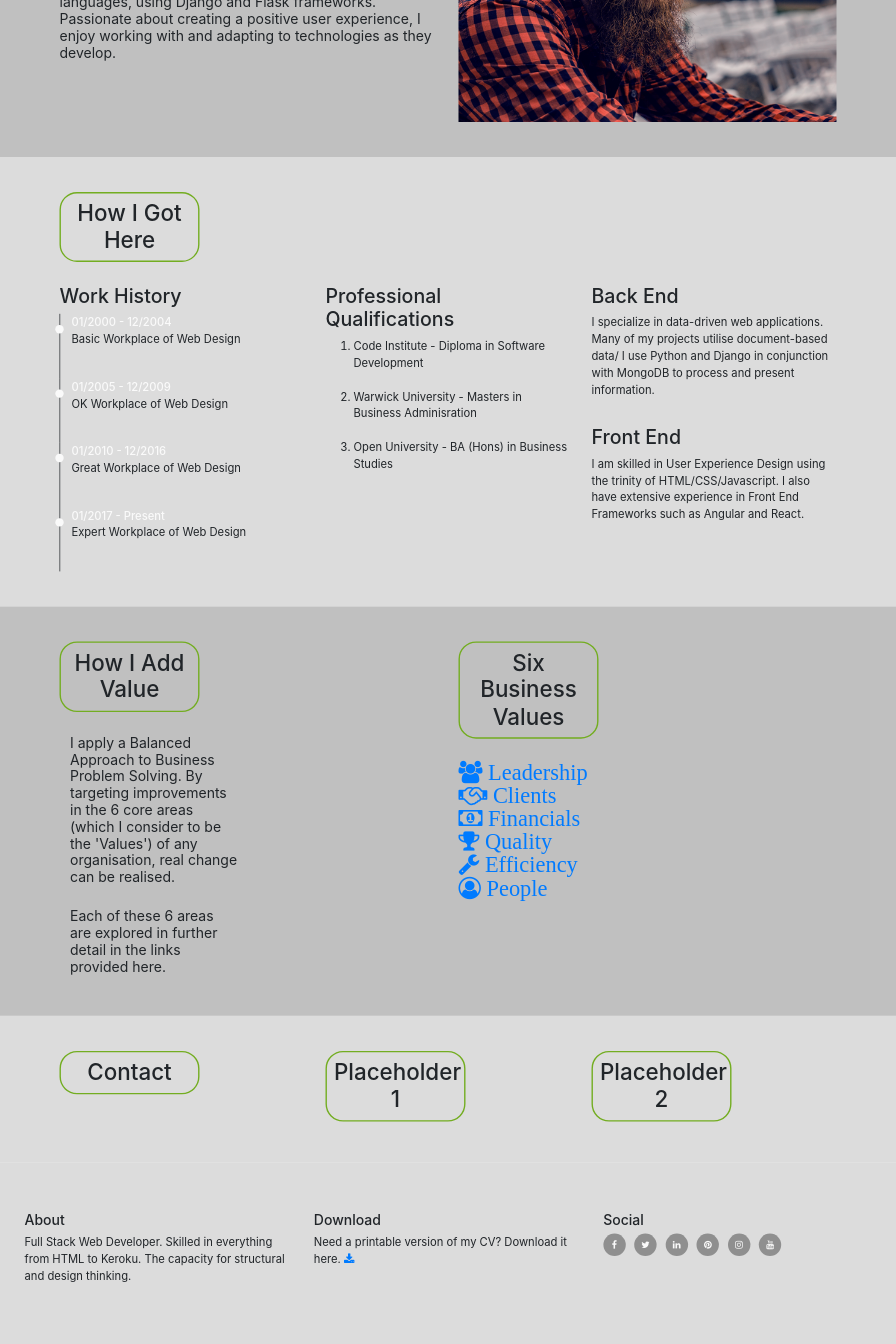
Repository: Code-Institute-Submissions/tenerim-milestone1
Page: index.html
The author's editor kept a record of every edit. The page is drawn from the files as they stood at one moment, then again after the next edit.
The browser window is 1280 px wide. The pictures show the part of the page from y = 1626 to 3546 px (the page is 3546 px tall before and 3506 px after), at 70% of full size.
A picture or video elsewhere on the page could not be fetched, so the positions and the page height are approximate.

Above is the page before.

### index.html
<!DOCTYPE html>
<html lang="en">

<head>
    <meta charset="UTF-8">
    <meta name="viewport" content="width=device-width, initial-scale=1.0">
    <meta http-equiv="X-UA-Compatible" content="ie=edge">
    <link rel="stylesheet" href="https://stackpath.bootstrapcdn.com/bootstrap/4.3.1/css/bootstrap.min.css" type="text/css" />
    <link href="https://stackpath.bootstrapcdn.com/bootstrap/4.3.1/css/bootstrap.min.css" rel="stylesheet" integrity="sha384-ggOyR0iXCbMQv3Xipma34MD+dH/1fQ784/j6cY/iJTQUOhcWr7x9JvoRxT2MZw1T" crossorigin="anonymous">
    <link rel="stylesheet" href="https://stackpath.bootstrapcdn.com/font-awesome/4.7.0/css/font-awesome.min.css" type="text/css" />
    <link href="https://stackpath.bootstrapcdn.com/font-awesome/4.7.0/css/font-awesome.min.css" rel="stylesheet" integrity="sha384-wvfXpqpZZVQGK6TAh5PVlGOfQNHSoD2xbE+QkPxCAFlNEevoEH3Sl0sibVcOQVnN" crossorigin="anonymous">
    <link rel="stylesheet" href="assets/css/style.css" type="text/css" />
    <title>MT Milestone Project 1</title>

</head>

<body>
    <!-------------------------------------------------------------Intro Page -->
    <header id="welcome-page">

        <!-------------------------------------Navigation Bar------>

        <nav class="navbar navbar-expand-lg navbar-light bg-light">
            <a class="navbar-brand" href="#"></a>
            <button class="navbar-toggler" type="button" data-toggle="collapse" data-target="#navbarNav" aria-controls="navbarNav" aria-expanded="false" aria-label="Toggle navigation">
	    <span class="navbar-toggler-icon"></span>
	  </button>
            <div class="container">
                <div class="collapse navbar-collapse" id="navbarNav">
                    <ul class="navbar-nav .justify-content-center">
                        <li class="nav-item active">
                            <a class="nav-link" href="#">About Me <span class="sr-only">(current)</span></a>
                        </li>
                        <li class="nav-item">
                            <a class="nav-link" href="#">How I Got Here</a>
                        </li>
                        <li class="nav-item">
                            <a class="nav-link" href="#">How I Add Value</a>
                        </li>
                        <li class="nav-item">
                            <a class="nav-link" href="#">Contact</a>
                        </li>
                        <li class="nav-item">
                            <a class="nav-link disabled" href="#" tabindex="-1" aria-disabled="true"></a>
                        </li>
                    </ul>
                </div>
            </div>
        </nav>
        <!-------------------------------------Image and Text ----->

        <img src="images/city.jpg" alt="city" style="width:100%; height:auto;"></img>

        <div class="container-fluid">
            <div class="row">
                <div class="container">
                    <div class="text-right">
                        <h1 class="display-4">Michael Tenerife</h1>
                        <p class="lead">Full Stack Web Developer</p>
                    </div>
                </div>
            </div>
        </div>

    </header>

    <!-------------------------------------------------------------About Me Page -->

    <section id="about-me" ; class="splash" ;>

        <div class="container">
            <div class="row">
                <div class="col-sm-6">
                    <h2 class="headbox">About Me</h2>
                    <br />
                    <h3>What do I do?</h3>
                    <h5 class="font-weight-normal">I am experienced in sales and tech industry-focused client management. Transitioning into software development, I am a recent graduate of Code Institute working with front-end and back-end frameworks.</h5>
                    <br />
                    <h3>How do I do it?</h3>
                    <h5 class="font-weight-normal">I specialise in HTML, CSS, JavaScript, and Python languages, using Django and Flask frameworks. Passionate about creating a positive user experience, I enjoy working with and adapting to technologies as they develop.</h5>
                    <br />
                </div>
                <div class="col-sm-6">
                    <img src="images/guy-image.png" alt="city" style="width:100%; height:auto;"></img>
                </div>
            </div>
        </div>

    </section>

    <!-------------------------------------------------------------How I Got Here -->


    <Section id="how-i-got-here" ;>

        <div class="container">
            <div class="row">
                <div class="col-4">
                    <h2 class="headbox">How I Got Here</h2>
                    <br />
                </div>
            </div>
        </div>

        <div class="container">
            <div class="row">
                <div class="col-sm-4">
                    <h3>Work History</h3>

                    <div class="timeline-item" data-dates="01/2000 - 12/2004">
                        <p>Basic Workplace of Web Design</p>
                    </div>
                    <div class="timeline-item" data-dates="01/2005 - 12/2009">
                        <p>OK Workplace of Web Design </p>
                    </div>
                    <div class="timeline-item" data-dates="01/2010 - 12/2016">
                        <p>Great Workplace of Web Design</p>
                    </div>
                    <div class="timeline-item" data-dates="01/2017 - Present">
                        <p>Expert Workplace of Web Design</p>
                    </div>
                </div>


                <div class="col-sm-4">
                    <h3>Professional Qualifications</h3>
                    <ol>
                        <li>Code Institute - Diploma in Software Development</li>
                        <br />
                        <li>Warwick University - Masters in Business Adminisration</li>
                        <br />
                        <li>Open University - BA (Hons) in Business Studies</li>
                    </ol>
                </div>
                <div class="col-sm-4">
                    <h3>Back End</h3>
                    <p>I specialize in data-driven web applications. Many of my projects utilise document-based data/ I use Python and Django in conjunction with MongoDB to process and present information.
                    </p>
                    <br />
                    <h3>Front End</h3>
                    <p>I am skilled in User Experience Design using the trinity of HTML/CSS/Javascript. I also have extensive experience in Front End Frameworks such as Angular and React.
                    </p>
                </div>
            </div>
        </div>

    </Section>

    <!-------------------------------------------------------------How I Add Value -->

    <Section id="how-i-add-value" ; class="splash" ;>

        <div class="container">
            <div class="row">

                <div class="col-6">
                    <h2 class="headbox">How I Add Value</h2>
                    <br />
                    <div class="col-6">

                        <h5 class="font-weight-normal">I apply a Balanced Approach to Business Problem Solving. By targeting improvements in the 6 core areas (which I consider to be the 'Values') of any organisation, real change can be realised.</h5>
                        <br />
                        <h5 class="font-weight-normal">Each of these 6 areas are explored in further detail in the links provided here.</h5>
                    </div>
                </div>

                <div class="col-6">
                    <h2 class="headbox">Six Business Values</h2>
                    <br />
                    <a href="1"> <i class="fa fa-users fa-2x" aria-hidden="true"> Leadership</i> </a>
                    <br />
                    <a href="2"> <i class="fa fa-handshake-o fa-2x" aria-hidden="true"> Clients</i> </a>
                    <br />
                    <a href="3"> <i class="fa fa-money fa-2x" aria-hidden="true"> Financials</i> </a>
                    <br />
                    <a href="4"> <i class="fa fa-trophy fa-2x"aria-hidden="true"> Quality</i> </a>
                    <br />
                    <a href="5"> <i class="fa fa-wrench fa-2x" aria-hidden="true"> Efficiency</i> </a>
                    <br />
                    <a href="6"> <i class="fa fa-user-circle-o fa-2x" aria-hidden="true"> People</i> </a>
                    <br />



                </div>

            </div>

    </Section>

    <!-------------------------------------------------------------Contact -->

    <Section id="contact" ;>

        <div class="container">
            <div class="row">
                <div class="col">
                    <h2 class="headbox">Contact</h2>
                </div>
                <div class="col">
                    <h2 class="headbox">Placeholder 1</h2>
                </div>
                <div class="col">
                    <h2 class="headbox">Placeholder 2</h2>
                </div>
            </div>
        </div>

    </Section>

    <!-------------------------------------------------------------Footer -->

    <Section id="footer" ;>

        <footer class="container-fluid">
            <div id="footer-details" class="row">
                <div class="col-sm-4">
                    <h5 class="uppercase general-sub">About</h5>
                    <p class "inline-block">
                        Full Stack Web Developer. Skilled in everything from HTML to Keroku. The capacity for structural and design thinking.</p>
                </div>
                <div class="col-sm-4">
                    <h5 class="uppercase general-sub">Download</h5>
                    <p class "inline-block">
                        Need a printable version of my CV? Download it here.
                        <a href="assets/CV/sample-cv.pdf" target="_blank" class="cv-pdf">
                <i class="fa fa-download" aria-hidden="true"></i>
                <span class="sr-only">Download link.</span>
            </a>
                    </p>
                </div>
                <div class="col-sm-4">
                    <h5 class="uppercase general-sub">Social</h5>
                    <ul class="list-inline social-links">
                        <li class="list-inline-item">
                            <a target="_blank" href="#">
                            <i class="fa fa-facebook" aria-hidden="true"></i>
                            <span class="sr-only">Facebook</span>
                        </a>
                        </li>
                        <li class="list-inline-item">
                            <a target="_blank" href="#">
                            <i class="fa fa-twitter" aria-hidden="true"></i>
                            <span class="sr-only">twitter</span>
                        </a>
                        </li>
                        <li class="list-inline-item">
                            <a target="_blank" href="#">
                            <i class="fa fa-linkedin" aria-hidden="true"></i>
                            <span class="sr-only">LinkedIn</span>
                        </a>
                        </li>
                        </li>
                        <li class="list-inline-item">
                            <a target="_blank" href="#">
                            <i class="fa fa-pinterest" aria-hidden="true"></i>
                            <span class="sr-only">Pinterest</span>
                        </a>
                        </li>
                        </li>
                        <li class="list-inline-item">
                            <a target="_blank" href="#">
                            <i class="fa fa-instagram" aria-hidden="true"></i>
                            <span class="sr-only">Instagram</span>
                        </a>
                        </li>
                        </li>
                        <li class="list-inline-item">
                            <a target="_blank" href="#">
                            <i class="fa fa-youtube" aria-hidden="true"></i>
                            <span class="sr-only">YouTube</span>
                        </a>
                        </li>
                    </ul>
                </div>
            </div>
            </footer>
</body>

</html>

### assets/css/style.css
.container-fluid {
    background-color: rgb(220, 220, 220);
}

section {
    background-color: rgb(220, 220, 220);
    padding-top: 50px;
    padding-bottom: 50px;
}

.splash {
    background-color: rgb(192, 192, 192);
}


.display-4 {
    padding-top: 50px;
}


.lead {
    padding-bottom: 50px;
}


.headbox {
    border-radius: 25px;
    border: 2px solid #73AD21;
    padding: 10px;
    text-align: center;
    width: 200px;

}

h4 {
    color: rgb(255, 255, 255);
}



/*--------------------------------------How I Got Here-----*/

.timeline-item {
    padding: 0em 1em 1em 1em;
    border-left: 1px solid;
}

.timeline-item:before {
    content: attr(data-dates);
    left: 2.5em;
    top: 3em;
    display: block;
    font-weight: 500;
    font-size: 1em;
    color: #fafafa;
}

.timeline-item:after {
    width: 12px;
    height: 12px;
    display: block;
    top: -3em;
    position: relative;
    left: -23px;
    border-radius: 12px;
    content: "";
    background: #fafafa;
}


/*--------------------------------------Contact-----*/


.contact {
  position: relative;
  text-align: center;
  color: white;
}


.top-left {
  position: absolute;
  top: 8px;
  left: 16px;
}




/*--------------------------------------Footer-----*/

.social-links {
    padding-bottom: 15px;
}

.social-links li a i {
    width: 32px;
    height: 32px;
    padding: 12px 0;
    border-radius: 50%;
    font-size: 13px;
    line-height: 7px;
    text-align: center;
    color: #fafafa;
    background: #8f8f8f;
    transition: all 0.35s ease-in-out;
    -moz-transition: all 0.35s ease-in-out;
    -webkit-transition: all 0.35s ease-in-out;
    -o-transition: all 0.35s ease-in-out;
}

.social-links li a i:hover {
    background: #e84610;
}

#footer-details {
    padding: 20px;
}

After the next edit:
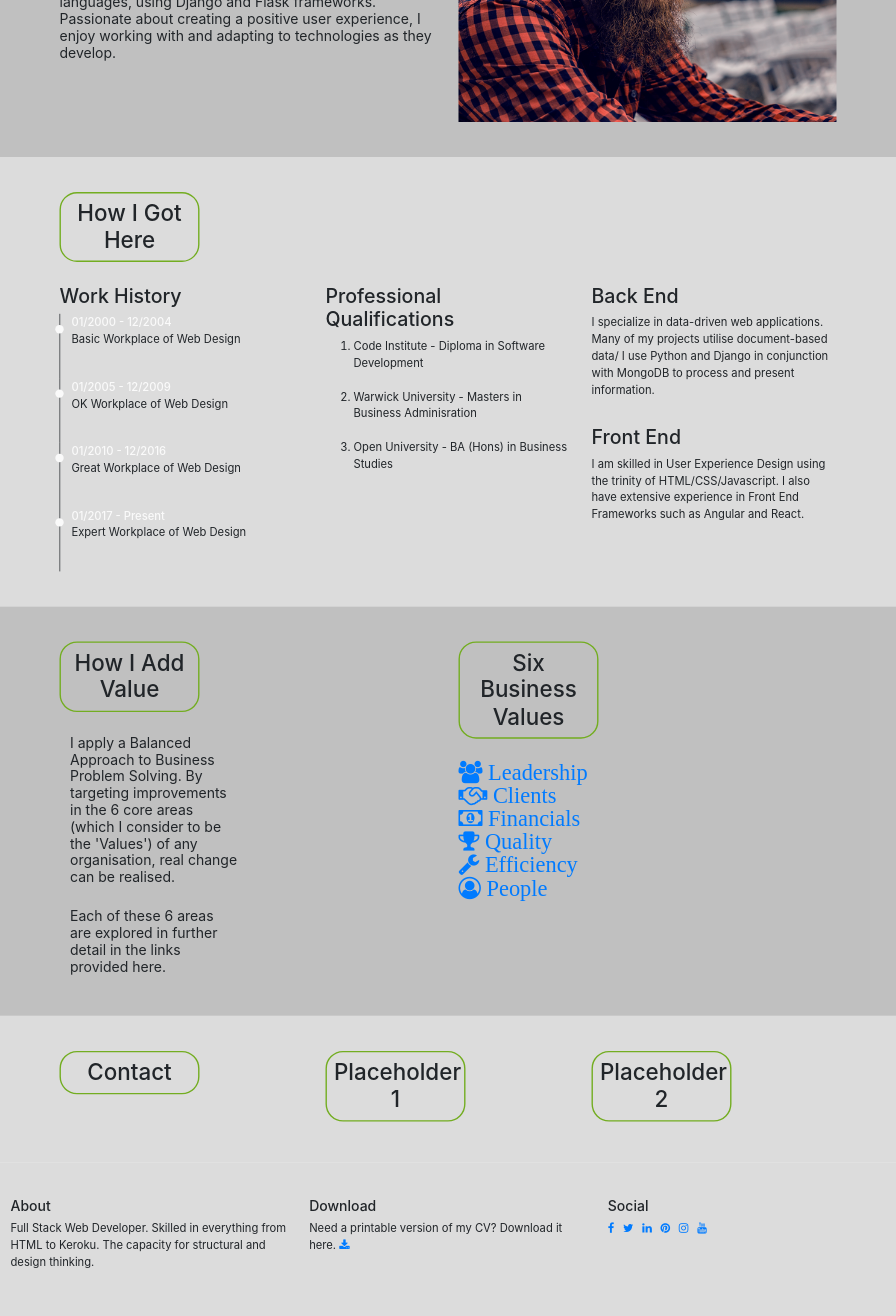
The edit:
--- a/assets/css/style.css
+++ b/assets/css/style.css
@@ -70,12 +70,10 @@
 
 /*--------------------------------------Contact-----*/
 
-
 .contact {
   position: relative;
   text-align: center;
   color: white;
-}
 
 
 .top-left {

After the edit that followed:
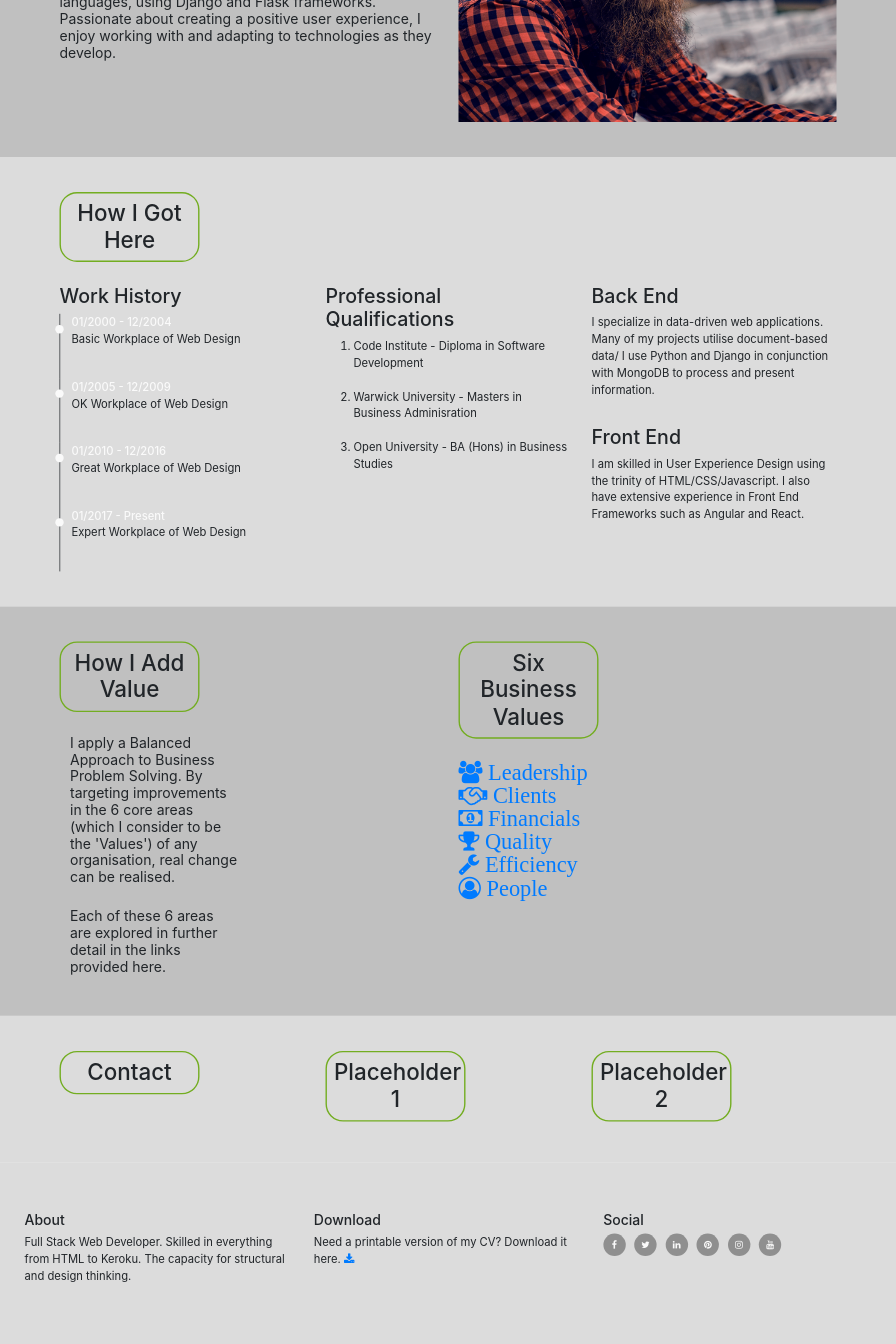
The edit:
--- a/assets/css/style.css
+++ b/assets/css/style.css
@@ -74,8 +74,8 @@
   position: relative;
   text-align: center;
   color: white;
-
-
+}
+/*......*/
 .top-left {
   position: absolute;
   top: 8px;
